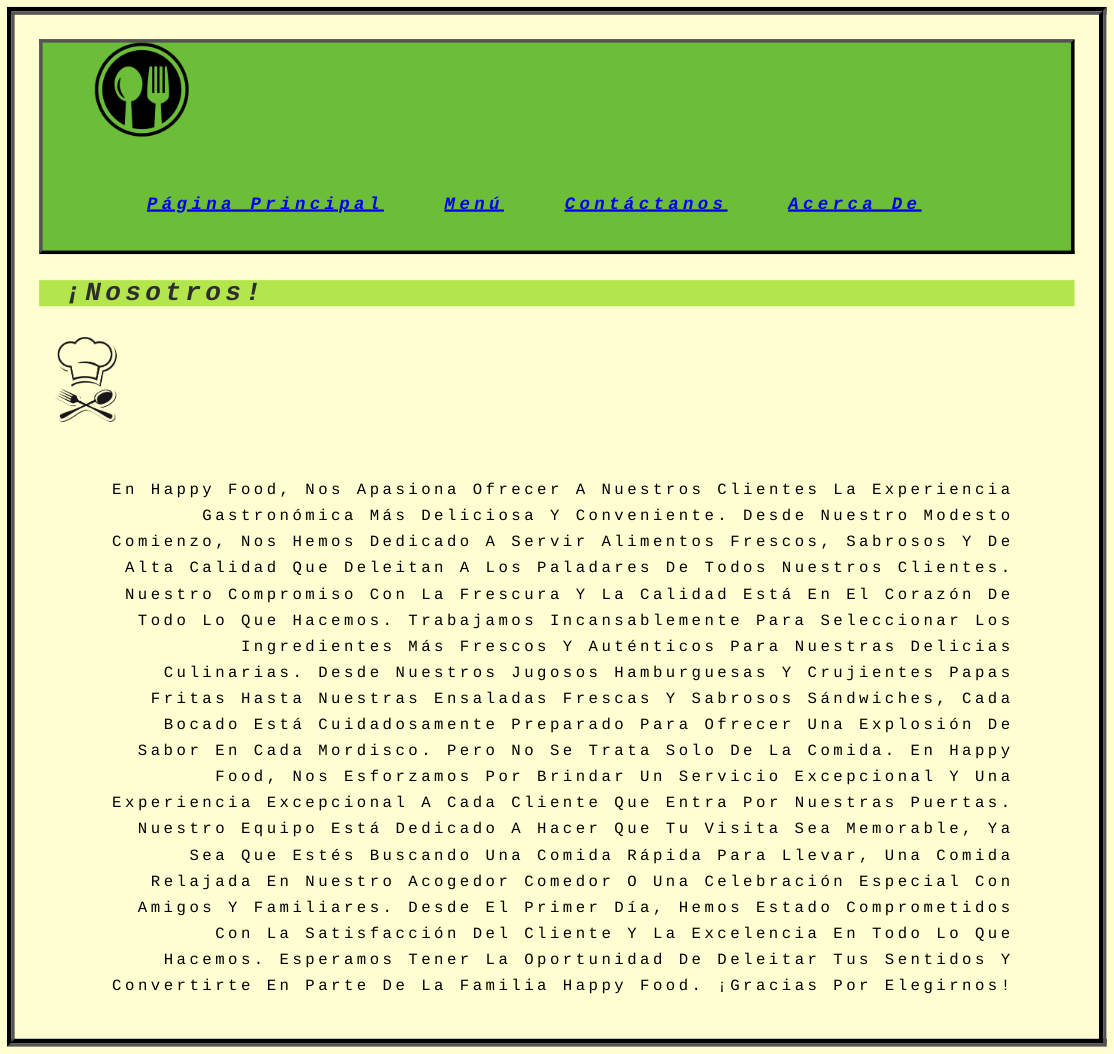
Repository: UVMCoyoacan/eq06_sitio1
Page: Carpeta docs/acercade.html
An editor plug-in stored every save of this project. The page is shown before and after the next save, followed by the edit.
The browser window is 1280 px wide. The pictures show the whole page, at 87% of full size.

Above is the page before, as saved 2024-03-08 11:30:20.

After the next save:
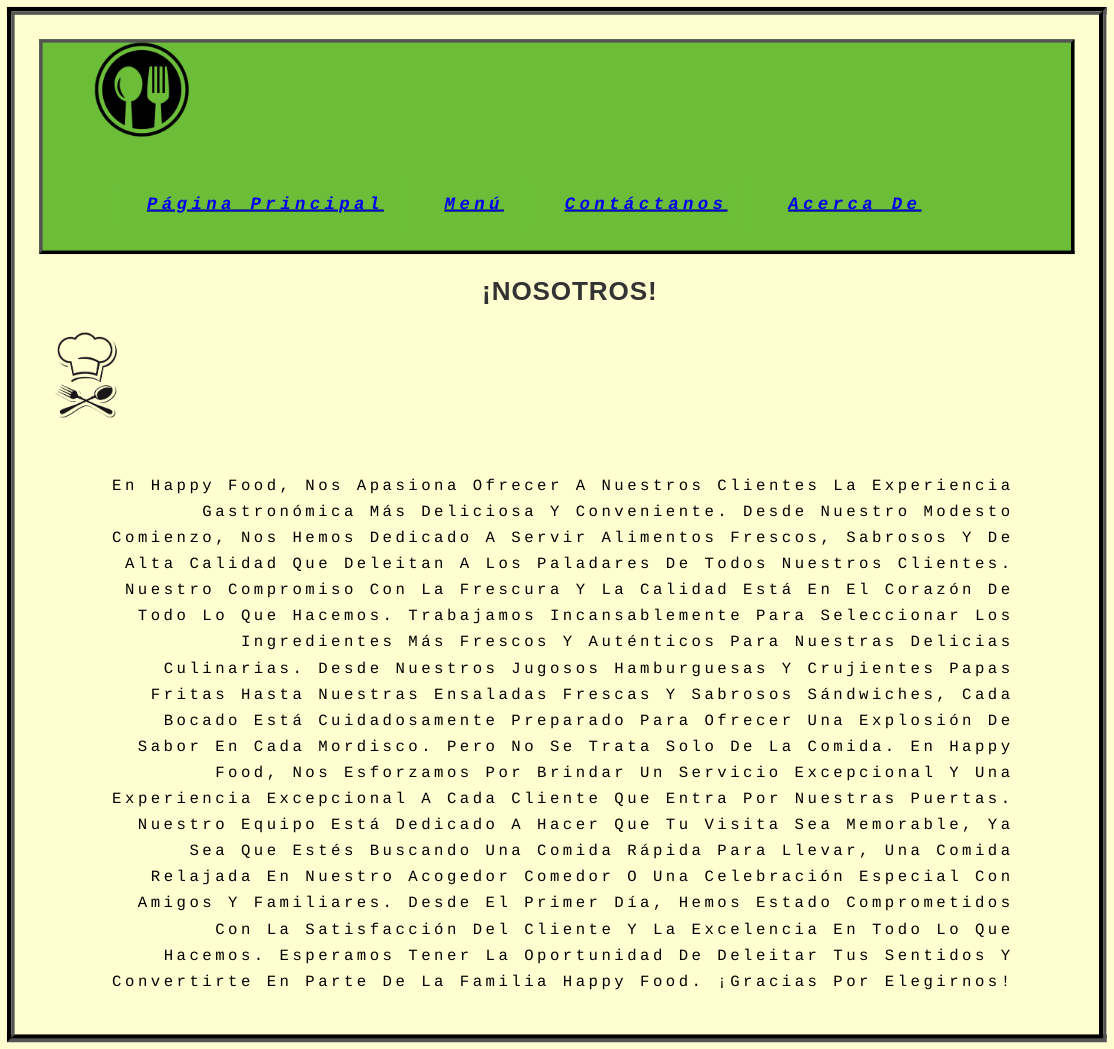
Saved 47 s later.
--- a/Carpeta docs/acercade.html
+++ b/Carpeta docs/acercade.html
@@ -20,7 +20,7 @@
         </div>
             </div>
         </header>
-        <h3> ¡Nosotros!</h3><img width="108" height="108" src="../Carpeta ims/spoon-removebg-preview.png" onclick="redirigirIndex()" style="text-align: left; cursor:pointer;";>
+        <h4> ¡Nosotros!</h4><img width="108" height="108" src="../Carpeta ims/spoon-removebg-preview.png" onclick="redirigirIndex()" style="text-align: left; cursor:pointer;";>
         <ul style="text-align: right;">
 
 
